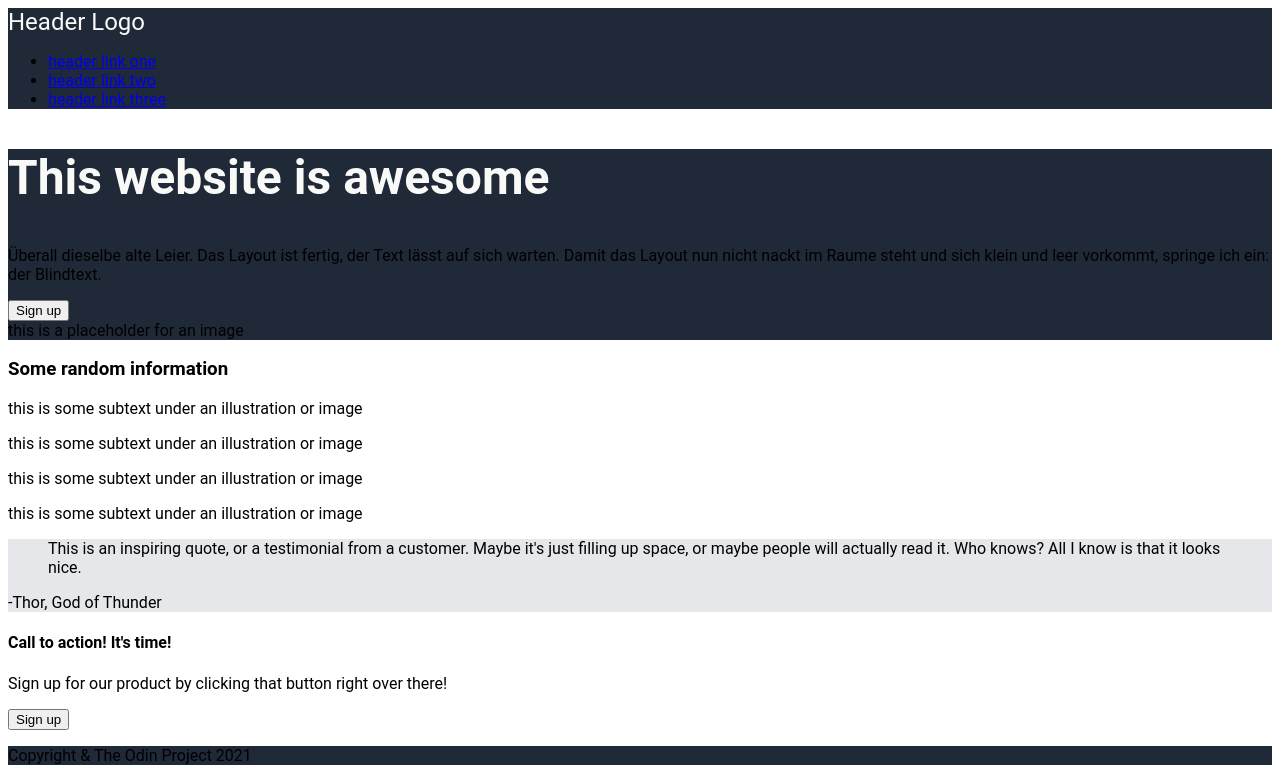
Repository: evemcd/odin_project
Page: odin-project2-landing-page/index.html
An editor plug-in stored every save of this project. The page is shown before and after the next save, followed by the edit.
The browser window is 1280 px wide. The pictures show the whole page.

Above is the page before, as saved 2022-02-08 09:07:58.

### odin-project2-landing-page/index.html
<!DOCTYPE html>
<html lang="en">
<head>
    <meta charset="UTF-8">
    <title>Odin Project 2 Landing Page</title>
    <link rel="stylesheet" href="style.css">
</head>
<body>
    <header>
        <span>Header Logo</span>
        <ul>
            <li><a href="#">header link one</a></li>
            <li><a href="#">header link two</a></li>
            <li><a href="#">header link three</a></li>
        </ul>
    </header>

    <div class="container1">
        <div>
            <h2>This website is awesome</h2>
            <p>Überall dieselbe alte Leier. Das Layout ist fertig, der Text lässt auf sich warten. Damit das Layout nun nicht nackt im Raume steht und sich klein und leer vorkommt, springe ich ein: der Blindtext.</p>
            <button>Sign up</button>
        </div>
        <div>
            <span>this is a placeholder for an image</span>
        </div>
    </div>

    <div class="container2">
        <h3>Some random information</h3>
        <div>
            <div>
                <div class="box"></div>
                <p>this is some subtext under an illustration or image</p>
            </div>
            <div>
                <div class="box"></div>
                <p>this is some subtext under an illustration or image</p>
            </div>
            <div>
                <div class="box"></div>
                <p>this is some subtext under an illustration or image</p>
            </div>
            <div>
                <div class="box"></div>
                <p>this is some subtext under an illustration or image</p>
            </div>
        </div>
    </div>

    <div class="container3">
        <blockquote>This is an inspiring quote, or a testimonial from a customer. Maybe it's just filling up space, or maybe people will actually read it. Who knows? All I know is that it looks nice.</blockquote>
        <span>-Thor, God of Thunder</span>
    </div>

    <div class="container4">
        <div>
            <div>
            <h4>Call to action! It's time!</h4>
            <p>Sign up for our product by clicking that button right over there!</p>
        </div>
        <button>Sign up</button>
        </div>
    </div>

    <footer>
        <p>Copyright &amp; The Odin Project 2021</p>
    </footer>
</body>
</html>

### odin-project2-landing-page/style.css
body {
    font-family: roboto, sans-serif;
}

header,
.container1,
footer {
    background-color: #1F2937;
}

.container2,
.container4 {
    background-color: white;
}

.container3 {
    background-color: #E5E7EB;
}

header>span {
    font-size: 24px;
    color: #F9FAF8;
}

.container1 h2 {
    font-size: 48px;
    font-weight: extra-bold;
    color: #F9FAF8;
}

After the next save:
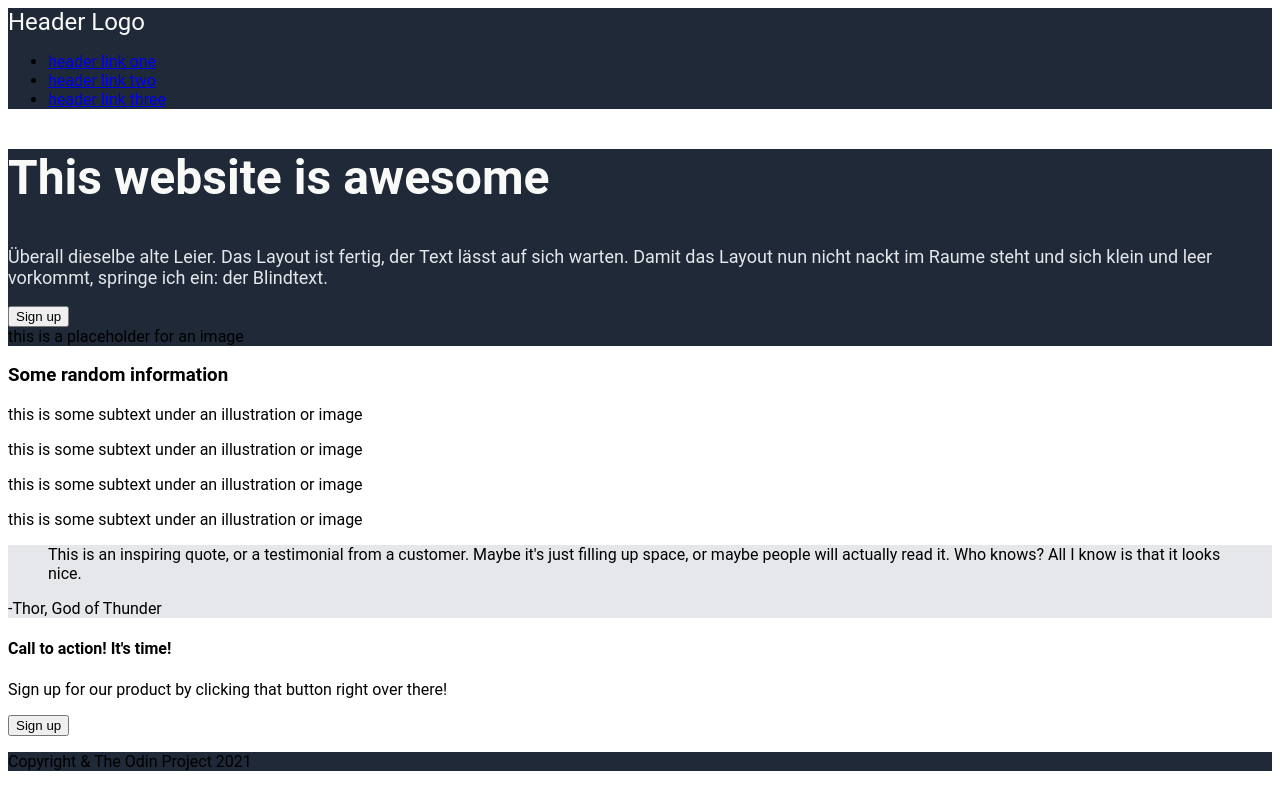
Saved 38 s later.
--- a/odin-project2-landing-page/style.css
+++ b/odin-project2-landing-page/style.css
@@ -27,3 +27,8 @@ header>span {
     font-weight: extra-bold;
     color: #F9FAF8;
 }
+
+.container1 p {
+    font-size: 18px;
+    color: #E5E7EB;
+}
